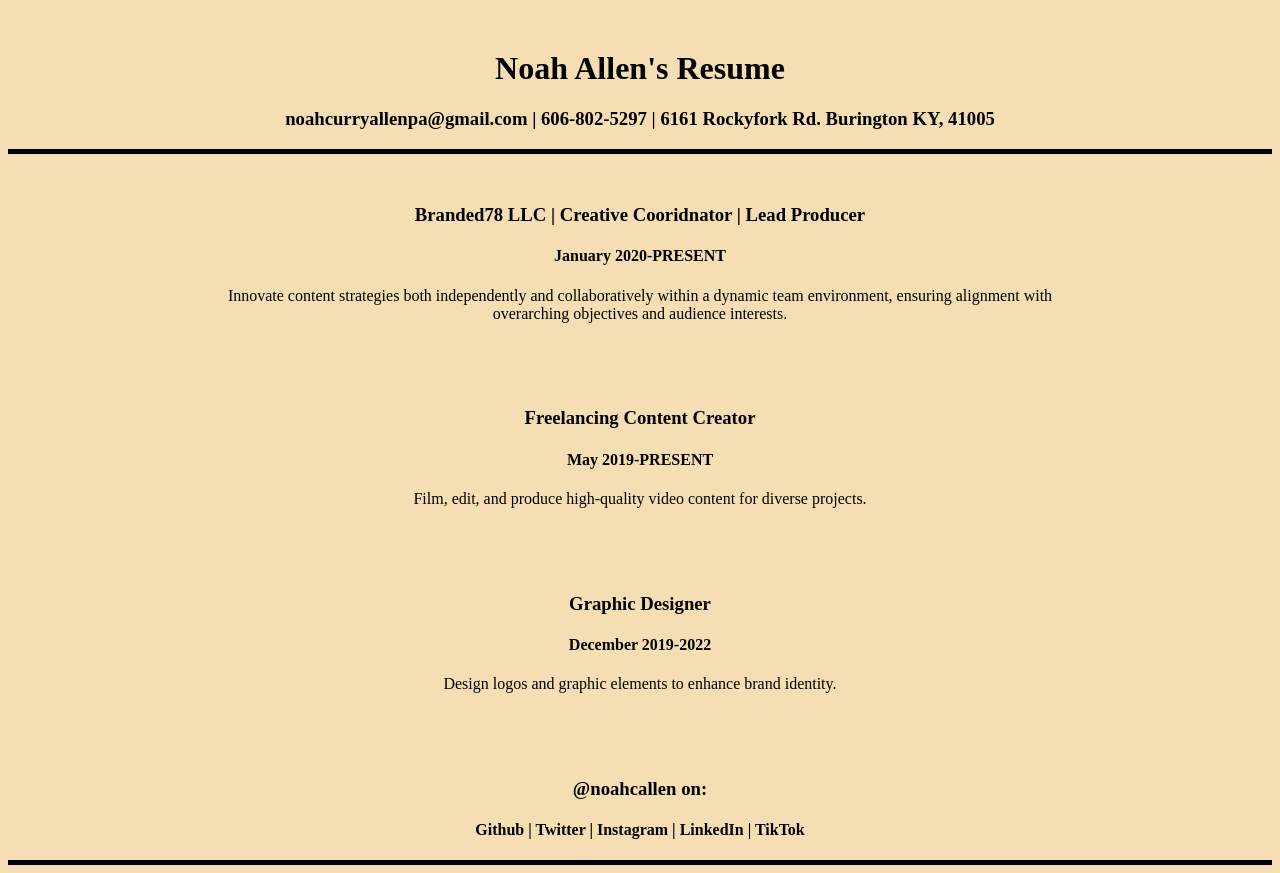
Repository: noahcallen/LAB-HTML-Resume
Page: index.html
These files come from the project's save history. The page is drawn as it stood at one moment and after the next save; the edit follows.
The browser window is 1280 px wide. The pictures show the whole page.

Above is the page before, as saved 2024-07-08 21:49:58.

After the next save:
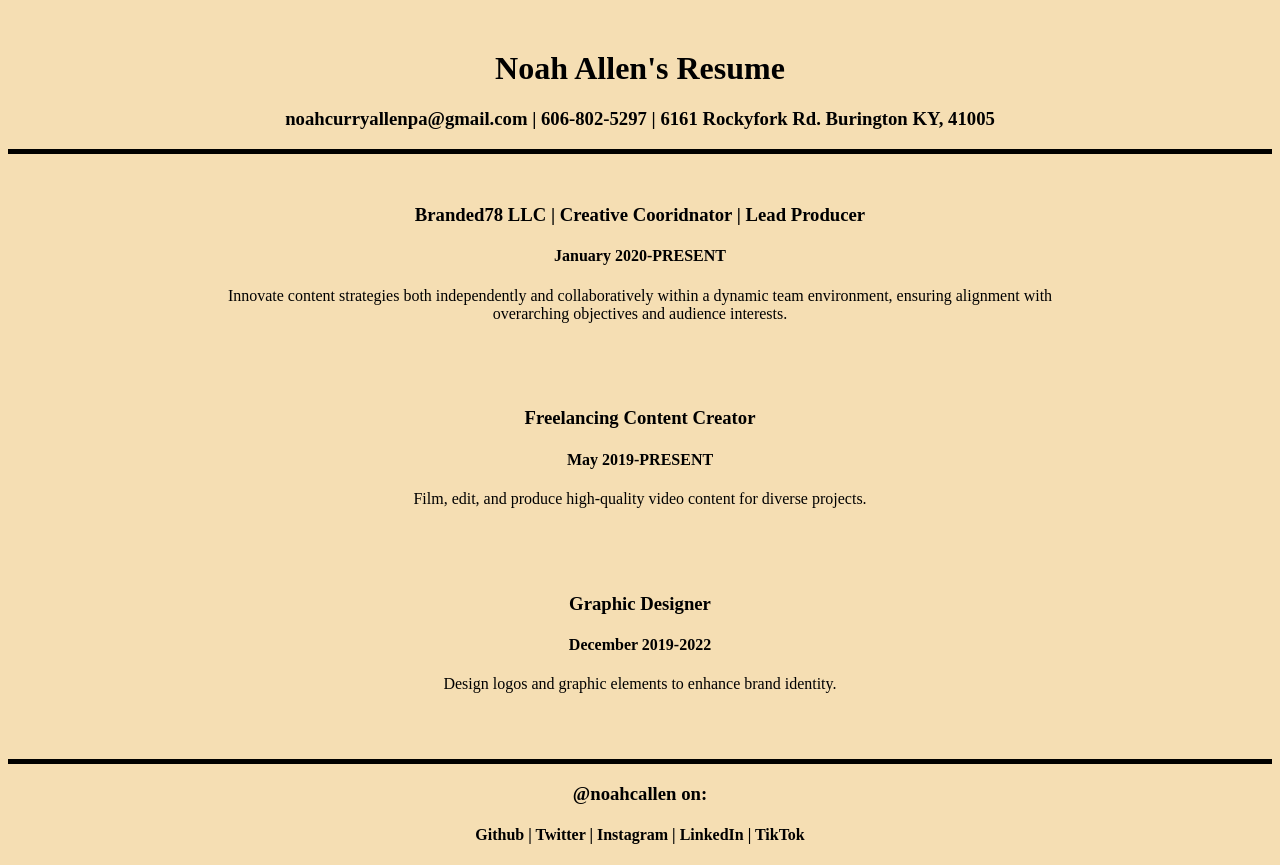
Saved 8 s later.
--- a/main.css
+++ b/main.css
@@ -21,6 +21,6 @@
 }
 
 .FOOTER {
-  border-bottom: solid 5px black;
+  border-top: solid 5px black;
 
 }
